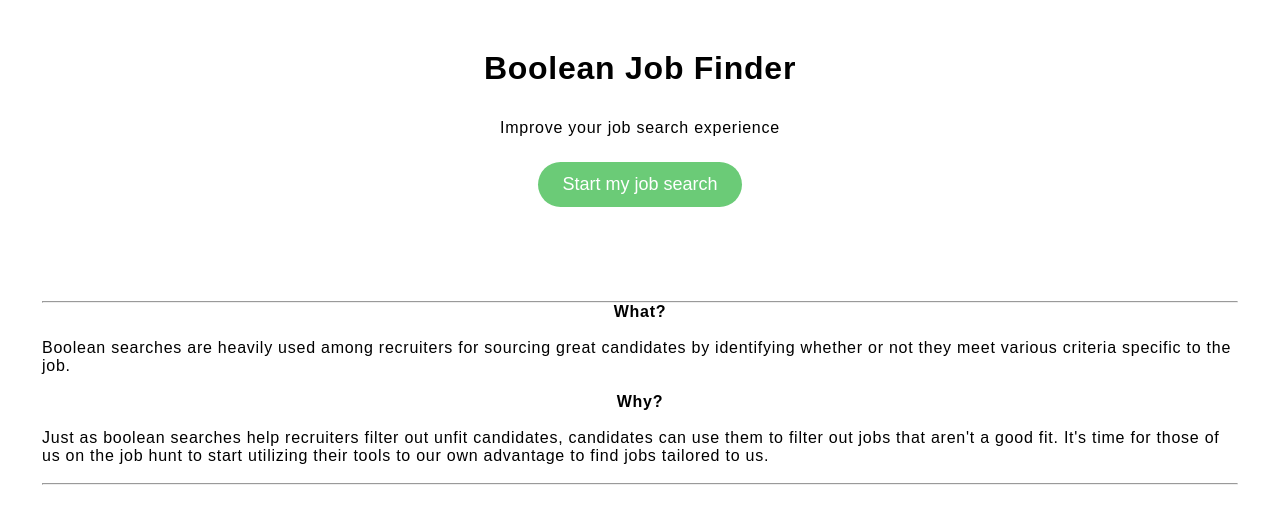
Repository: Rthompson2548/boolean-job-searcher
Page: /
The author's editor kept a copy of each file at every save. The page is drawn from the files as they stood at one save, then again after the next save.
The browser window is 1280 px wide. The pictures show the whole page.
The project was rebuilt for these pictures with package versions that can differ from the ones it lists, and the page was loaded fresh each time.

Above is the page before, as saved 2022-04-05 14:31:14.

### public/index.html
<!DOCTYPE html>
<html lang="en">
  <head>
    <meta charset="utf-8" />
    <link rel="icon" href="%PUBLIC_URL%/favicon.ico" />
    <meta name="viewport" content="width=device-width, initial-scale=1" />
    <meta name="theme-color" content="#000000" />
    <meta
      name="description"
      content="Web site created using create-react-app"
    />
    <link rel="preconnect" href="https://fonts.googleapis.com">
    <link rel="preconnect" href="https://fonts.gstatic.com" crossorigin>
    <link href="https://fonts.googleapis.com/css2?family=Inconsolata&family=League+Spartan&display=swap" rel="stylesheet">

    <title>React App</title>
  </head>
  <body>
    <noscript>You need to enable JavaScript to run this app.</noscript>
    <div id="root"></div>
    <!--
      This HTML file is a template.
      If you open it directly in the browser, you will see an empty page.

      You can add webfonts, meta tags, or analytics to this file.
      The build step will place the bundled scripts into the <body> tag.

      To begin the development, run `npm start` or `yarn start`.
      To create a production bundle, use `npm run build` or `yarn build`.
    -->
  </body>
</html>

### src/App.js
import "./styles.css";
// import { CopyToClipboard } from "react-copy-to-clipboard";
import React, { useState, useEffect, useRef } from "react";



export default function App() {
  let searchCategories = [
    "Experience",
    "Location",
    "Tech Stack",
    "Title",
    "Technologies",
    "Company"
  ];

let defaultCategories = [
  {
    id: 1,
    name: "Experience",
    placeholders: ["Junior", "Entry", "Grad", "Student"]
  },
  {
    id: 2,
    name: "Location",
    placeholders: ["Junior", "Entry", "Grad", "Student"]
  },
  {
    id: 3,
    name: "End",
    placeholders: ["Junior", "Entry", "Grad", "Student"]
  },
  {
    id: 4,
    name: "Title",
    placeholders: ["Junior", "Entry", "Grad", "Student"]
  },
  {
    id: 5,
    name: "Technologies",
    placeholders: ["Junior", "Entry", "Grad", "Student"]
  },
  {
    id: 6,
    name: "Company Name",
    placeholders: ["Junior", "Entry", "Grad", "Student"]
  }
];


const [copyString, setCopyString] = useState("");
const [addCategory, setAddCategory] = useState(false);
const [addCategoryBtnText, setAddCategoryBtnText] = useState(
"Start my job search"
)
const [category, setCategory] = useState("");
const [categoryChosen, setCategoryChosen] = useState(false);
const [categoryOptions, setCategoryOptions] = useState(false);
const [showCategoryForm, setShowCategoryForm] = useState(false);
const [showNewCategoryButton, setShowNewCategoryButton] = useState(true);
const [showName, setShowName] = useState(false);
const [showForm, setShowForm] = useState(false);
const [showAddWordBtn, setShowAddWordBtn] = useState(false)
const [word, setWord] = useState("");
const [list, setList] = useState([]);
const [show, setShow] = useState(false);
const [finishBtn, setFinishBtn] = useState(false);
const [finished, setFinished] = useState(false);
const [result, setResult] = useState([]);
const [doneWarning, setDoneWarning] = useState(false);
const [goodbyeMessage, setGoodbyeMessage] = useState(false);


const handleNewCategory = () => {
  setCategory("");
  setAddCategoryBtnText("Add a category");
  setShowNewCategoryButton(false);
  setFinishBtn(false);
  setCategoryOptions(true);
  setCategoryChosen(false);
};



const handleCustomCategory = () => {
  setShowCategoryForm(true);
  setCategoryOptions(false);
};


const handleCategoryNameChange = event => {
  setCategory(event.target.value);
};

const submitCategory = () => {
  setAddCategory(false);
  setShowName(true);
  setShowNewCategoryButton(false);
  setShowAddWordBtn(true);
  setShowForm(true);
  setShowCategoryForm(false);
};


const handleAddWord = () => {
  setShowForm(true);
  setCategoryOptions(false);
  setCategoryChosen(true);
};


const handleCategoryClick = event => {
  setCategory(event.target.value);
  setCategoryChosen(true);
};


const handleWordChange = event => {
  setWord(event.target.value);
};


  const [noLetters, setNoLetters] = useState(false);

  const submitAsteriskWord = () => {
    if (word.length <= 1) {
      setNoLetters(true);
    } else {
      setList((prevList) => [...prevList, `"${word}*"`]);
      setWord("");
      setShow(true);
      console.log(word);
    }
  };

  const submitWord = () => {
    if (word.length <= 1) {
      setNoLetters(true);
    } else {
      setList((prevList) => [...prevList, `"${word}"`]);
      setWord("");
      setShow(true);
      console.log(word);
    }
  };

  useEffect(() => {
    setCategory(category);
  }, [category]);

  let booleanString = `(${list.join(" OR ")})`;

  const handleSubmitCategoryWords = () => {
    setShowNewCategoryButton(true);
    setShow(false);
    setShowName(false);
    setShowForm(false);
    setFinishBtn(true);
    setResult((previousResult) => [...previousResult, booleanString]);
    console.log(result.join(" AND "));
    console.log(`list: ${list}`);
    setList([]);
    console.log(`list: ${list}`);
    setCopyString(result.join(" AND "));
  };

  const handleGenerateString = () => {
    setFinished(true);
    setFinishBtn(false);
    setShowNewCategoryButton(false);
    setDoneWarning(false);
    // setGoodbyeMessage(true);
  };

const handleDone = () => {
  setDoneWarning(true);
  setFinished(false);
};


const handleConfirmFinished = () => {
  setDoneWarning(false);
  setGoodbyeMessage(true);
  setShow(false);
  setFinished(false);
};



  return (
    <div className="App">
      <div className="header">
        <h1 className="app-title">Boolean Job Finder</h1>
        <p>Improve your job search experience</p>
        <button className="start-btn" onClick={handleNewCategory}>
          {addCategoryBtnText}
        </button>

      </div>
      <div>
    </div>


      {categoryOptions === true && (
        <div>
          <div>
<p className="pick-a-category-txt">Click a category below to start</p>


            {/* iterates through array of category names and returns a button for each */}
            <div className="category-btns">
              {searchCategories.map((value, i) => (
                <button
                  id="category-btn"
                  className="category-btn"
                  key={i}
                  value={searchCategories[i]}
                  onClick={handleCategoryClick}
                >
                  {value}
                </button>
              ))}

            </div>

{
  categoryChosen === true && (
    <button className="continue-btn" onClick={handleAddWord}>
      Continue
    </button>
  )
}
          </div>
        </div>
      )}

{
  showCategoryForm === true && (
    <div>
      <label>Enter a custom category name</label>
      <input
        placeholder="Enter category name"
        onChange={handleCategoryNameChange}
        value={category}
      />

<button onClick={submitCategory}>Submit</button>;

    </div>
  )
}

      {showForm === true && (
        <div className="keyword-form">
          <h1>{category}</h1>

          <div className="keyword-form-info">
            <div>
              <label>Enter 1 or more keywords</label>
            </div>
            <input
              placeholder="Enter two or more letters..."
              value={word}
              onChange={handleWordChange}
            />
          </div>

          <div className="keyword-btns">
            <button onClick={submitWord}>Include exact keyword</button>
            <button onClick={submitAsteriskWord}>
              Include similar keywords
            </button>

          </div>


        </div>
      )}

      {show === true && (
        <div className="keyword-string">
          <h4>{booleanString}</h4>
        </div>
      )}

      {showForm === true && (
        <div>
          <button className="continue-btn" onClick={handleSubmitCategoryWords}>
            Continue
          </button>
        </div>
      )}

      {showNewCategoryButton === true && (
        // <div className="what-why">
        <div className="what-why-info">
          <hr />
              <h4>What?</h4>
              <p>
                Boolean searches are heavily used among recruiters for sourcing great
                candidates by identifying whether or not they meet various criteria specific
                to the job.
              </p>
              <h4>Why?</h4>
              <p>
                Just as boolean searches help recruiters filter out unfit candidates, candidates can use them to filter out jobs that aren't a good fit. It's time for those of us on the job hunt to start utilizing their tools to our own advantage to find jobs tailored to us.
          </p>

          <hr />
        </div>



        // </div>
      )}


      {finishBtn === true && (
        <div>
          <button className="done-btn" onClick={handleGenerateString}>
            Submit
          </button>
        </div>
      )}

      {finished === true && (
        <div className="boolean-string">
          <p value={copyString}>{result.join(" AND ")}</p>
          <button className="done-btn" onClick={handleDone}>
            Done
          </button>
        </div>
      )}

      {doneWarning === true && (
        <div className="boolean-string">
          <p>Are you sure? This cannot be undone</p>
          <button className="done-btn" onClick={handleConfirmFinished}>
            Yes, I am done
          </button>
        </div>
      )}

      {goodbyeMessage === true && (
        <div className="goodye-msg boolean-string">
<p>Goodbye!</p>;

          <button
            className="start-btn"
            onClick={() => window.location.reload(false)}
          >
            Home
          </button>
        </div>
      )}
    </div>
  );
}

### src/styles.css
* {
  margin: 0;
  padding: 0;
  /* background-color: #fff; */
  /* color: #000; */
  /* padding: 18px 0; */
}

.App {
  font-family: sans-serif;
  text-align: center;
  letter-spacing: 0.75px;
}

.header {
  line-height: 2rem;
  letter-spacing: 0.75px;
  padding: 52px 0;
}

img {
  width: 250px;
  height: auto;
}

button {
  /* width: 300px; */
  border-radius: 25px;
  background-color: #fff;
  color: #000;
  border: none;
  margin: 18px 0 0 0;
  font-size: 18px;
}

.app-title {
  margin-bottom: 28px;
  font-size: 32px;
}

h3 {
  font-size: 22px;
}

.what-why-info {
  overflow: hidden;
  padding: 42px;
}

.what-why-info p {
  margin: 18px 0 !important;
  text-align: left !important;
}

hr {
  margin: ;
}
.start-btn {
  background-color: #6bcb77 !important;
  color: #fff;
  font-size: 18px;
  vertical-align: middle;
  padding: 12px 24px;
}

.pick-a-category-txt {
  font-size: 18px;
  margin-bottom: 12px;
}

input {
  background-color: #fff;
  font-size: 18px;
  color: #000;
  width: 260px;
  border: 1.5px solid black;
  border-radius: 25px;
}

label {
  font-size: 20px;
}

.category-btns {
  /* center the element */
  right: 0;
  left: 0;
  margin-right: auto;
  margin-left: auto;
  display: flex;
  flex-direction: column;
  align-items: center;
}

.category-btns button {
  background-color: #ff6b6b;
  color: #fff;
  padding: 12px 42px;
  width: 300px;
}

.category-buttons button:active,
button:focus {
  /* color: #fff !important;
  background-color: #FFD93D !important; */
}

.category-buttons button:visited:after {
  color: #fff !important;
  background-color: #000 !important;
}

.continue-btn {
  background-color: #4d96ff;
  color: #fff;
}

.keyword-form-info {
  margin-top: 24px;
}

.keyword-form-info input {
  padding: 10px 24px 10px 10px;
  margin-top: 16px;
}

.keyword-btns {
  display: flex;
  flex-direction: column;
  align-items: center;
  margin: 10px 0 24px 0;
}

.keyword-btns button {
  background-color: #ff6b6b;
  color: #fff;
  font-size: 18px;
}

.keyword-string {
  padding: 20px;
  font-size: 20px;
  line-height: 2rem;
}

.goodye-msg {
  /* padding-top: 25%; */
  font-size: 42px !important;
}

.goodye-msg button {
  /* background-color: #4D96FF !important; */
  /* vertical-align: middle !important; */
}

.boolean-string {
  font-size: 32px;
  font-weight: bold;
  padding-top: 10%;
}


.boolean-string button {
  background-color: #fa58bc;
  color: #fff;
}

.done-btn {
  background-color: #4d96ff !important;
  color: #fff;
  font-size: 22px;
  vertical-align: middle;
  width: 400px;
  padding: 20px 0;
  margin-top: 36px;
}

.home-btn {
  background-color: #6bcb77 !important;
}

Loaded but not shown: src/index.js (common file); src/index.css (no stored copy; drawn as an empty file)

After the next save:
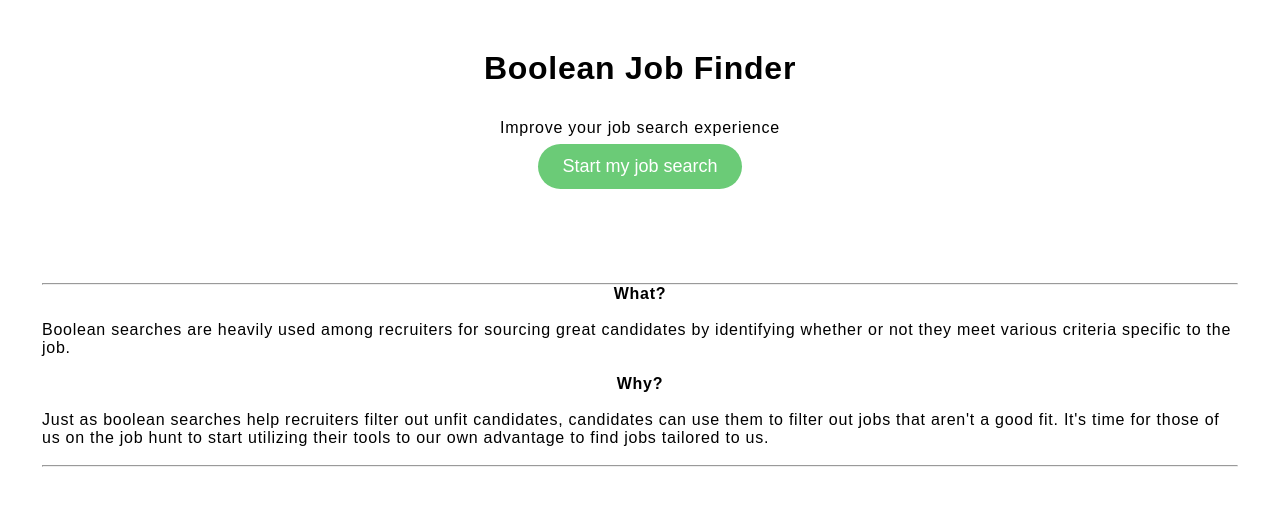
Saved 13 s later.
--- a/src/styles.css
+++ b/src/styles.css
@@ -29,7 +29,7 @@ button {
   background-color: #fff;
   color: #000;
   border: none;
-  margin: 18px 0 0 0;
+  /* margin: 18px 0 0 0; */
   font-size: 18px;
 }
 
